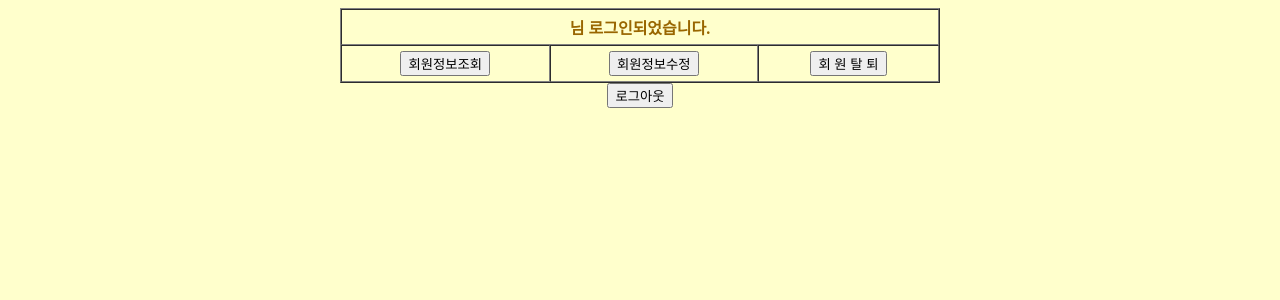
Repository: KangEunseo/2019-jsp-class
Page: http://localhost/BasicJSP/logincookie/loginCookieMain.jsp
These files come from the project's save history. The page is drawn as it stood at one moment and after the next save; the edit follows.
The browser window is 1280 px wide. The pictures show the whole page.
The page is served by Tomcat 9.

Above is the page before, as saved 2019-09-25 01:33:41.

After the next save:
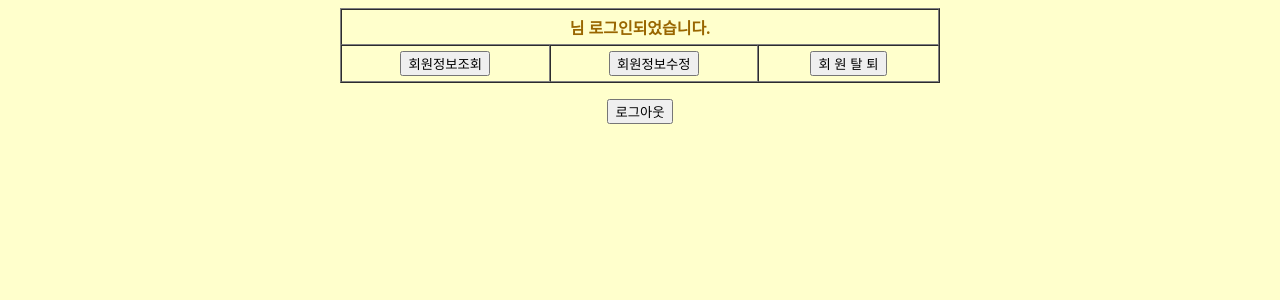
Saved 42 s later.
--- a/BasicJSP/WebContent/logincookie/loginCookieMain.jsp
+++ b/BasicJSP/WebContent/logincookie/loginCookieMain.jsp
@@ -37,7 +37,7 @@
 				<td align="center"><input type="button" value="회 원 탈 퇴" onClick="javascript:location.href='delete_2401.jsp'"></td>
 			</tr>
 		</table>
-		<input type="button" value="로그아웃" onClick="history.back()">
+		<p><input type="button" value="로그아웃" onClick="history.back()"></p>
 </div>
 </body>
 </html>
